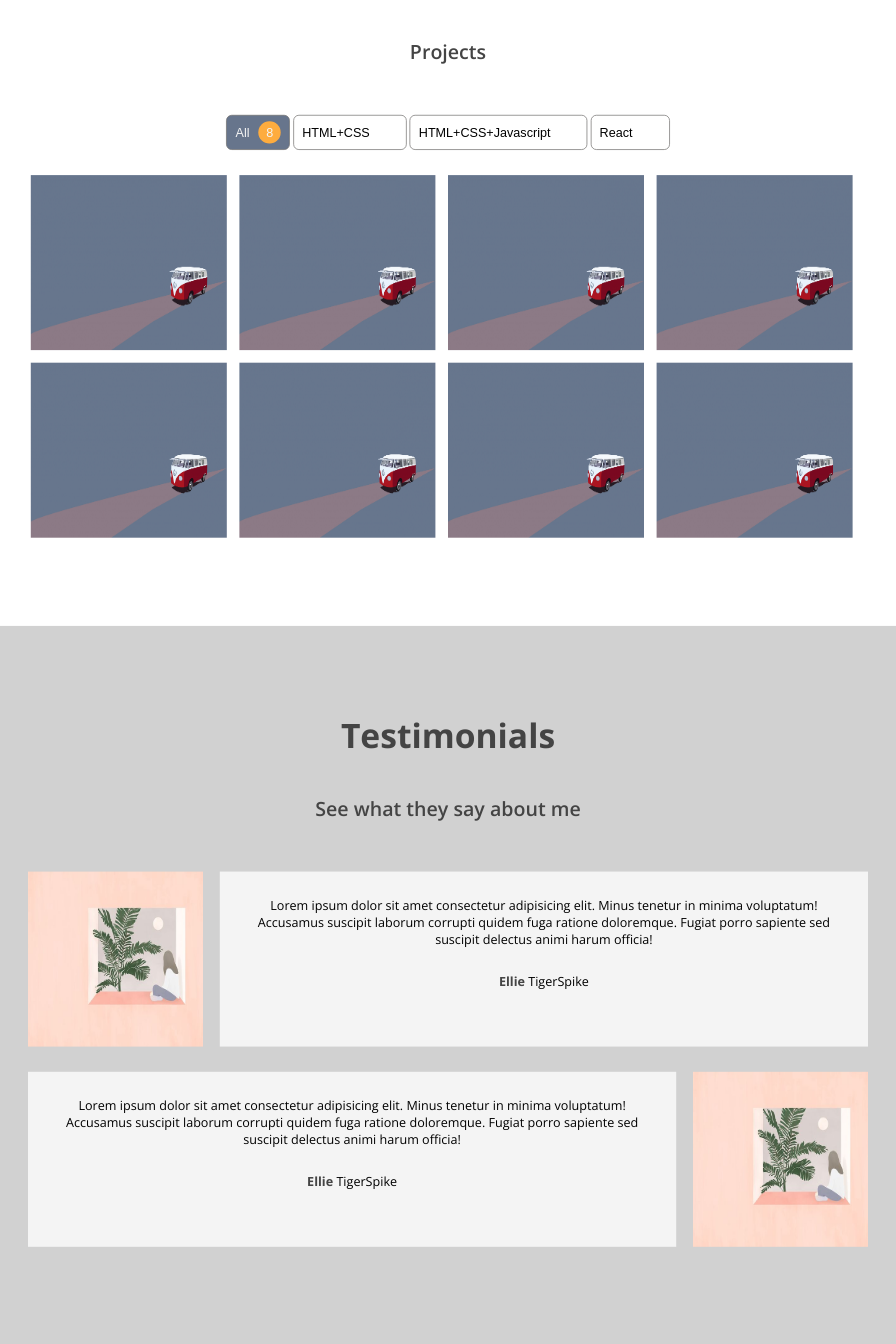
Repository: choi2021/portfolio-vanillaJS
Page: index.html
The author's editor kept a copy of each file at every save. The page is drawn from the files as they stood at one save, then again after the next save.
The browser window is 1280 px wide. The pictures show the part of the page from y = 3233 to 5153 px (the page is 5636 px tall before and 5100 px after), at 70% of full size.
Some web libraries are served in a nearby version.

Above is the page before, as saved 2022-01-08 22:18:49.

After the next save:
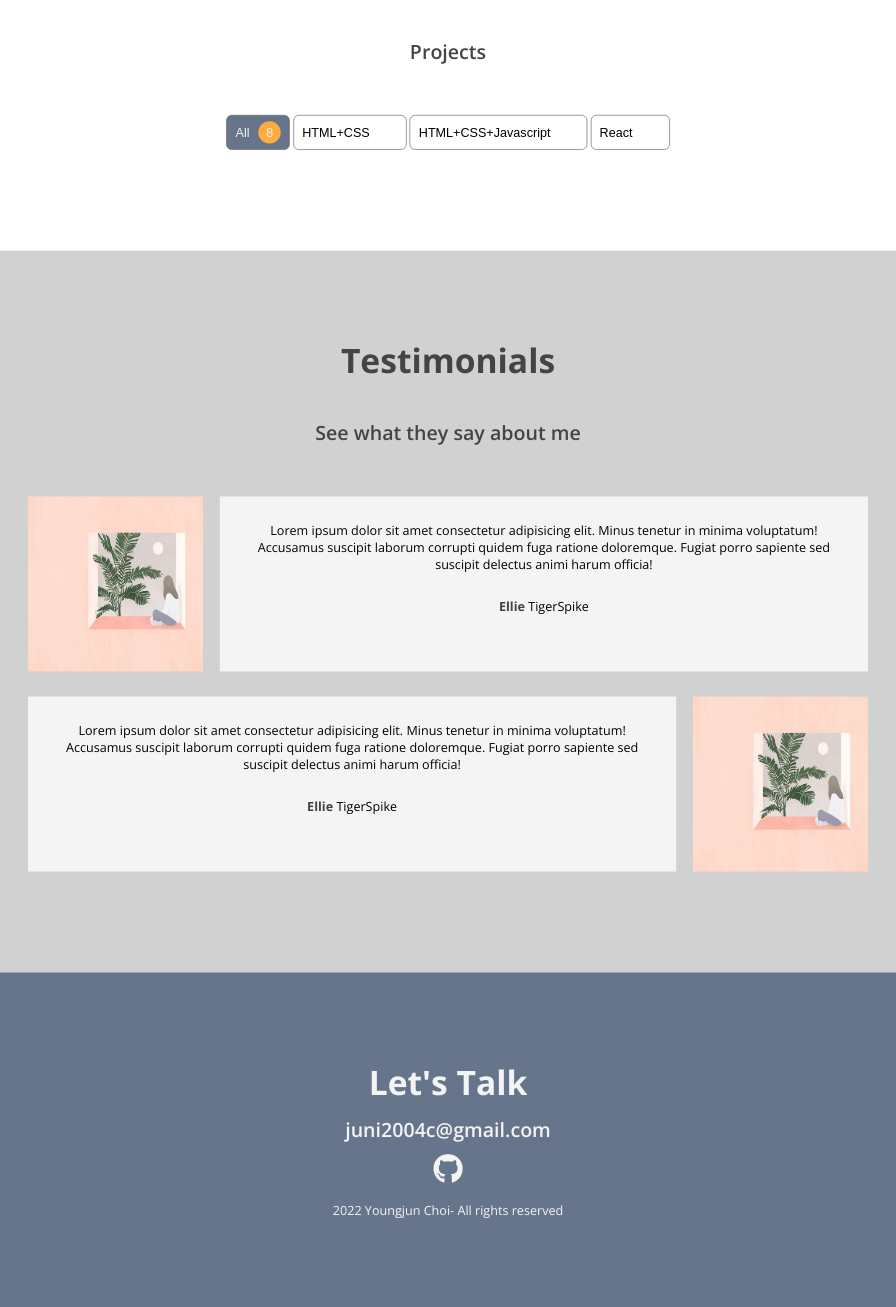
Saved 119 s later.
--- a/style.css
+++ b/style.css
@@ -406,10 +406,11 @@ button {
   height: var(--project-height);
   margin-right: calc(0.5 * var(--base-space));
   margin-bottom: calc(0.5 * var(--base-space));
-}
-
-.project.invisible {
   display: none;
+}
+
+.project.visible {
+  display: block;
 }
 
 .project img {
